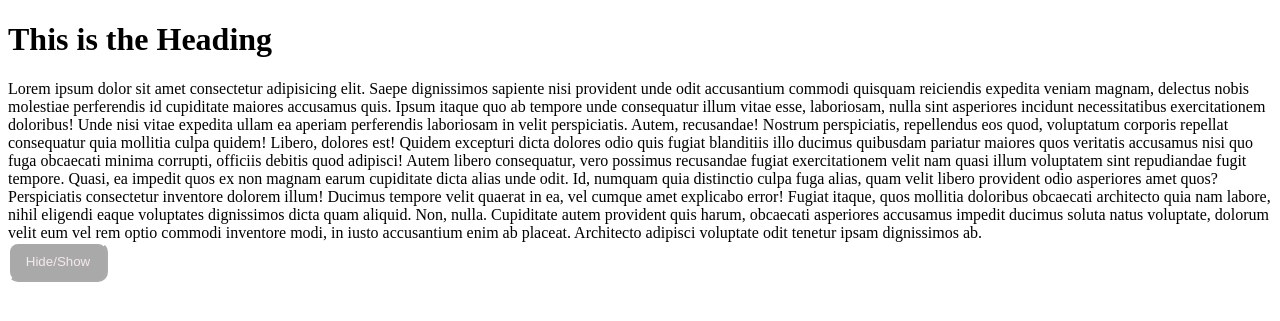
Repository: raisingh22/Simranlearning
Page: html css java/practice/index2.html
The author's editor kept a copy of each file at every save. The page is drawn from the files as they stood at one save, then again after the next save.
The browser window is 1280 px wide. The pictures show the whole page.

Above is the page before, as saved 2024-01-19 22:15:16.

### html css java/practice/index2.html
<!DOCTYPE html>
<html lang="en">

<head>
    <meta charset="UTF-8">
    <meta name="viewport" content="width=device-width, initial-scale=1.0">
    <title>Js Events</title>
    <style>
        #btn{
            color: #f6e9e9;
            border-radius: 10px;
            border-color: white;
            background-color: #00000056;
            height: 40px;
            width: 100px;
        }
    </style>
</head>

<body>
    <div class="container">
        <h1 class="head">
            This is the Heading
        </h1>
        <p1 class="parah">
            Lorem ipsum dolor sit amet consectetur adipisicing elit. Saepe dignissimos sapiente nisi provident unde odit
            accusantium commodi quisquam reiciendis expedita veniam magnam, delectus nobis molestiae perferendis id
            cupiditate maiores accusamus quis. Ipsum itaque quo ab tempore unde consequatur illum vitae esse,
            laboriosam, nulla sint asperiores incidunt necessitatibus exercitationem doloribus! Unde nisi vitae expedita
            ullam ea aperiam perferendis laboriosam in velit perspiciatis. Autem, recusandae! Nostrum perspiciatis,
            repellendus eos quod, voluptatum corporis repellat consequatur quia mollitia culpa quidem! Libero, dolores
            est! Quidem excepturi dicta dolores odio quis fugiat blanditiis illo ducimus quibusdam pariatur maiores quos
            veritatis accusamus nisi quo fuga obcaecati minima corrupti, officiis debitis quod adipisci! Autem libero
            consequatur, vero possimus recusandae fugiat exercitationem velit nam quasi illum voluptatem sint
            repudiandae fugit tempore. Quasi, ea impedit quos ex non magnam earum cupiditate dicta alias unde odit. Id,
            numquam quia distinctio culpa fuga alias, quam velit libero provident odio asperiores amet quos?
            Perspiciatis consectetur inventore dolorem illum! Ducimus tempore velit quaerat in ea, vel cumque amet
            explicabo error! Fugiat itaque, quos mollitia doloribus obcaecati architecto quia nam labore, nihil eligendi
            eaque voluptates dignissimos dicta quam aliquid. Non, nulla. Cupiditate autem provident quis harum,
            obcaecati asperiores accusamus impedit ducimus soluta natus voluptate, dolorum velit eum vel rem optio
            commodi inventore modi, in iusto accusantium enim ab placeat. Architecto adipisci voluptate odit tenetur
            ipsam dignissimos ab.
        </p1>

    </div>
    <button id="btn"> Hide/Show</button>

</body>

</html>

After the next save:
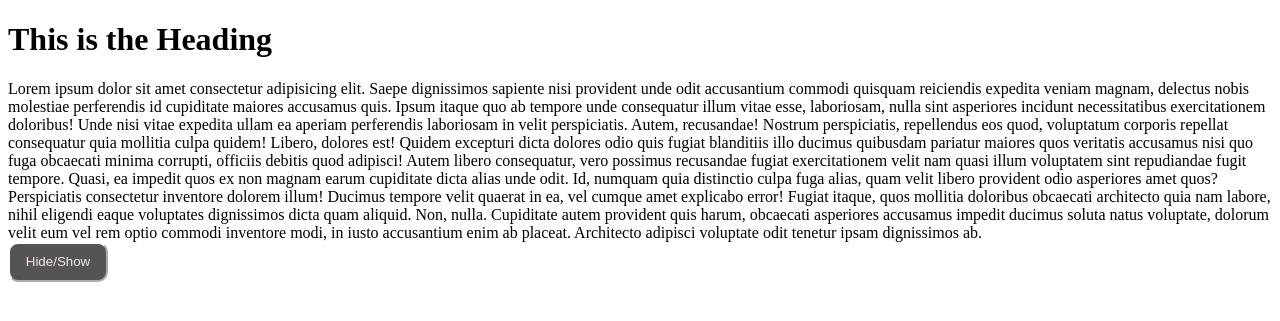
Saved 4 s later.
--- a/html css java/practice/index2.html
+++ b/html css java/practice/index2.html
@@ -10,7 +10,7 @@
             color: #f6e9e9;
             border-radius: 10px;
             border-color: white;
-            background-color: #00000056;
+            background-color: #000000ab;
             height: 40px;
             width: 100px;
         }
